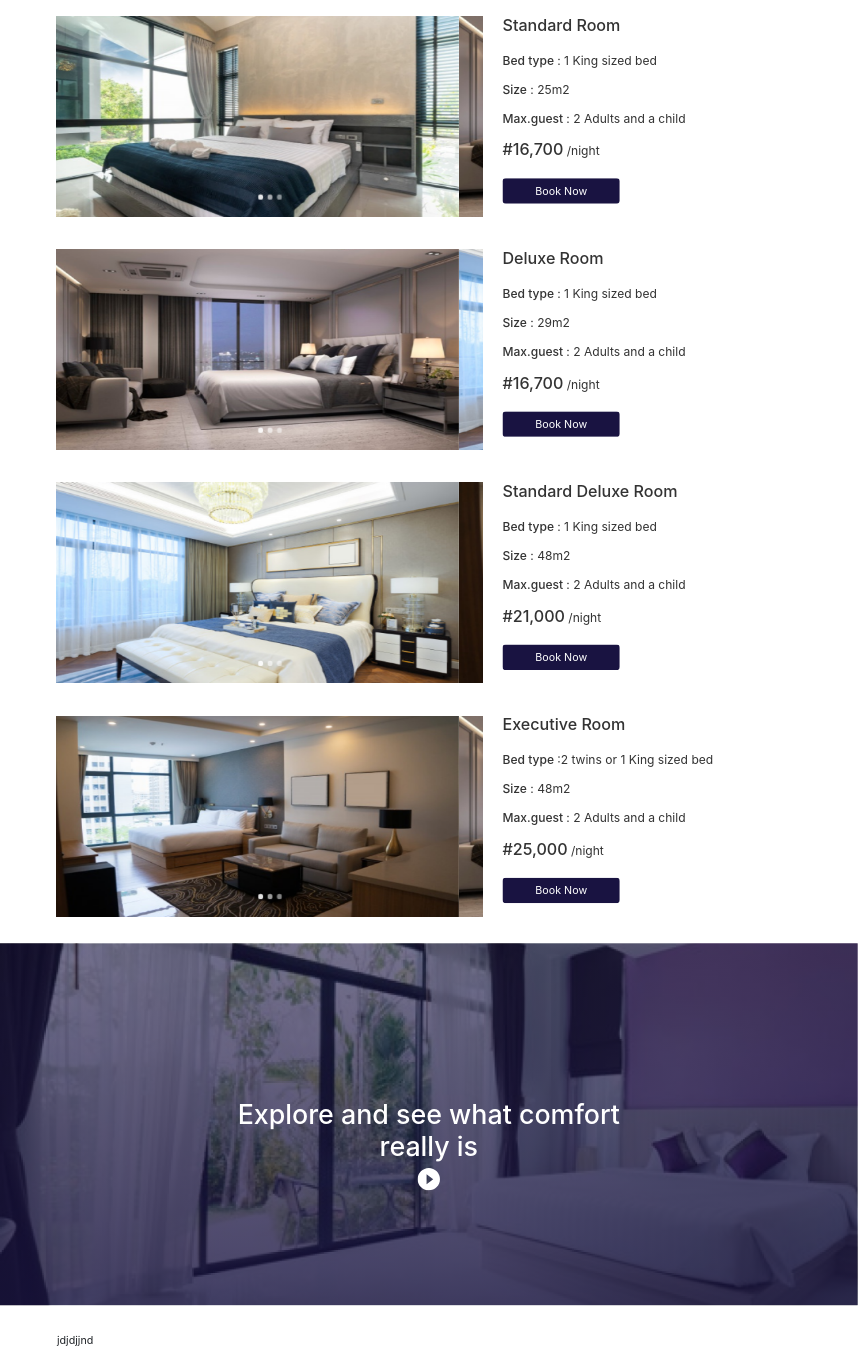
Repository: Syfon01/hotel-website
Page: room.html
The author's editor kept a copy of each file at every save. The page is drawn from the files as they stood at one save, then again after the next save.
The browser window is 1280 px wide. The pictures show the whole page, at 67% of full size.

Above is the page before, as saved 2020-06-08 19:25:28.

After the next save:
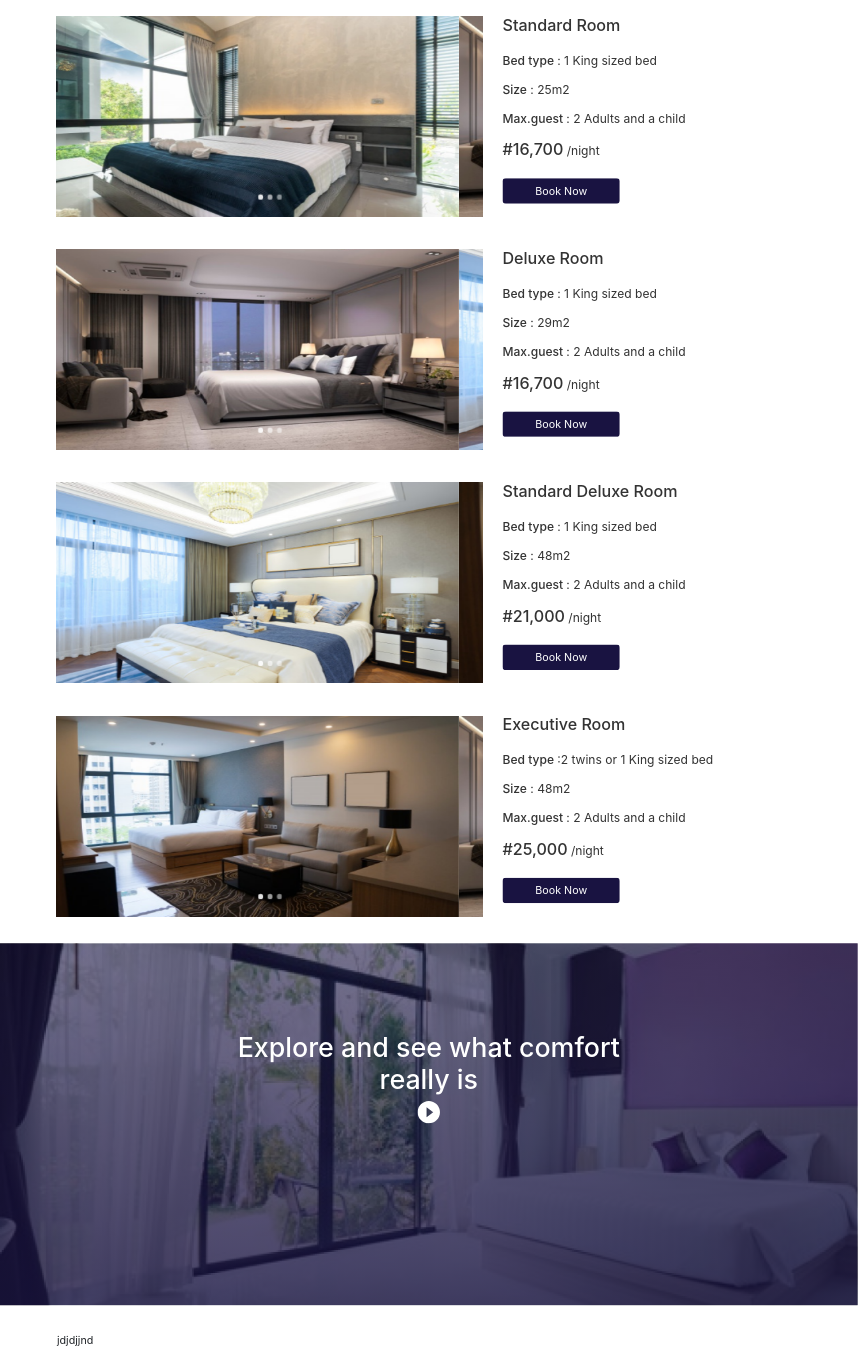
Saved 5 s later.
--- a/room.css
+++ b/room.css
@@ -43,6 +43,6 @@ p{
   transform: translate(-50%, -50%);
 }
 .cont-vert{
-  height: 600px;
+  height: 400px;
   position: relative;
 }
